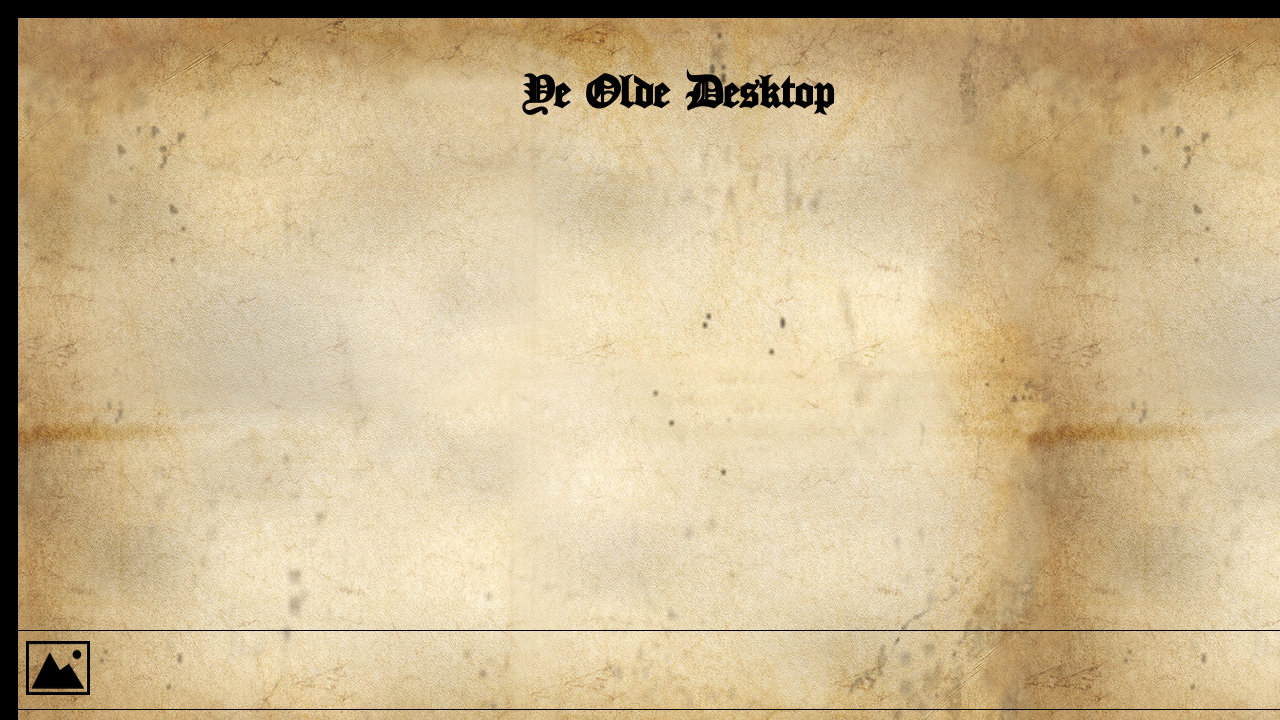
Repository: ma223md/1dv403-laborationer
Page: 5-pwd/index.html
The author's editor kept a record of every edit. The page is drawn from the files as they stood at one moment, then again after the next edit.
The browser window is 1280 px wide. The pictures show the whole page.
After loading, the first visible `img` was clicked once.
Pictures or frames that could not be fetched are drawn as grey boxes.

Above is the page before.
Console error: TypeError: Cannot read properties of undefined (reading 'querySelector')

After the next edit:
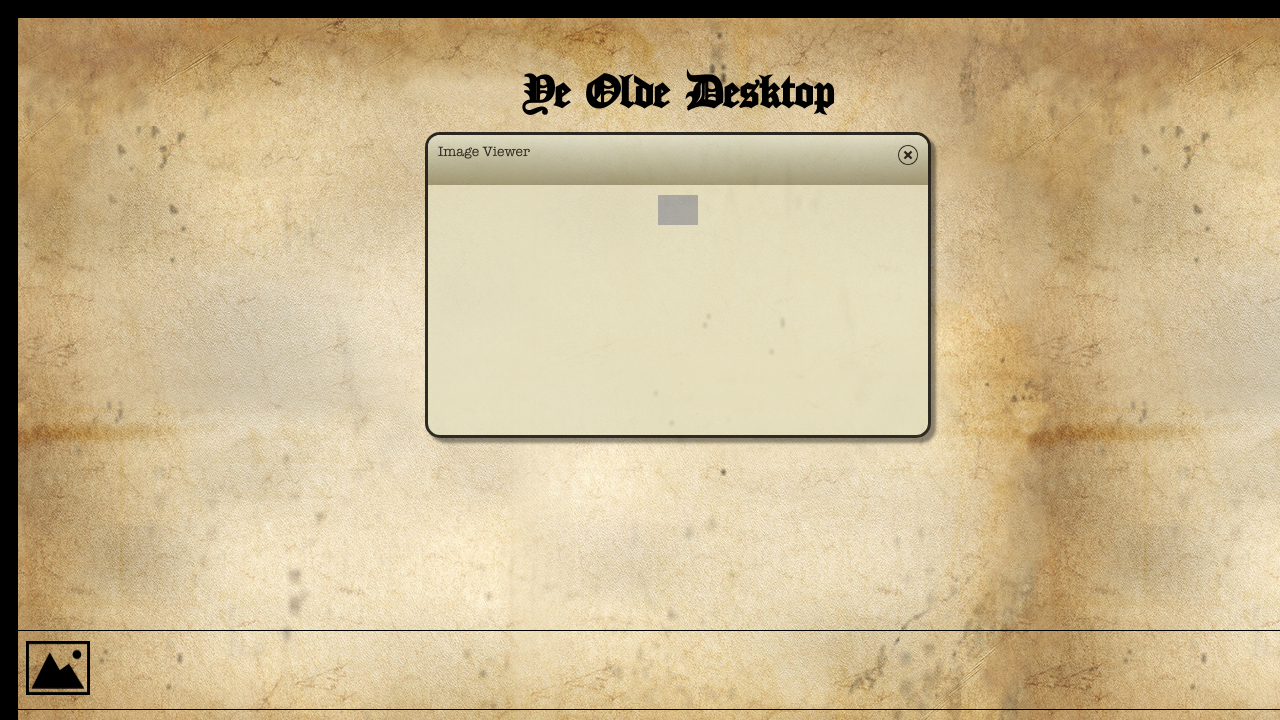
Console error: TypeError: Cannot set properties of null (setting 'onclick')
The edit:
--- a/5-pwd/js/window.js
+++ b/5-pwd/js/window.js
@@ -1,8 +1,7 @@
 "use strict";
 
 function Window(desktop, icon, name){
-    // check name
-    this.checkName(name);
+
 
     // get window elements
     var temp = document.querySelector(".template"),

After the edit that followed:
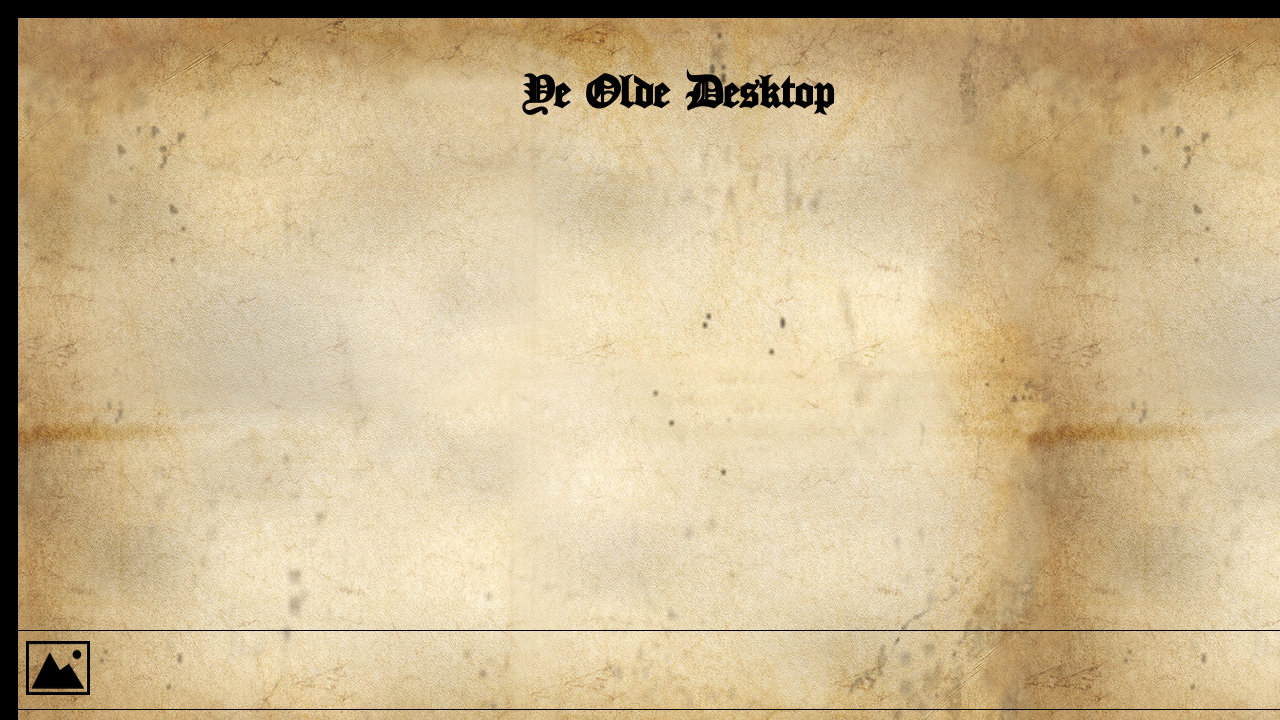
Console error: TypeError: Cannot read properties of null (reading 'setAttribute')
The edit:
--- a/5-pwd/js/window.js
+++ b/5-pwd/js/window.js
@@ -17,6 +17,9 @@
     // define variables
     this.desktop = desktop;
     this.win = win;
+
+    // check name
+    this.checkName(name);
 
     //append name
     windowName.innerHTML = name;
